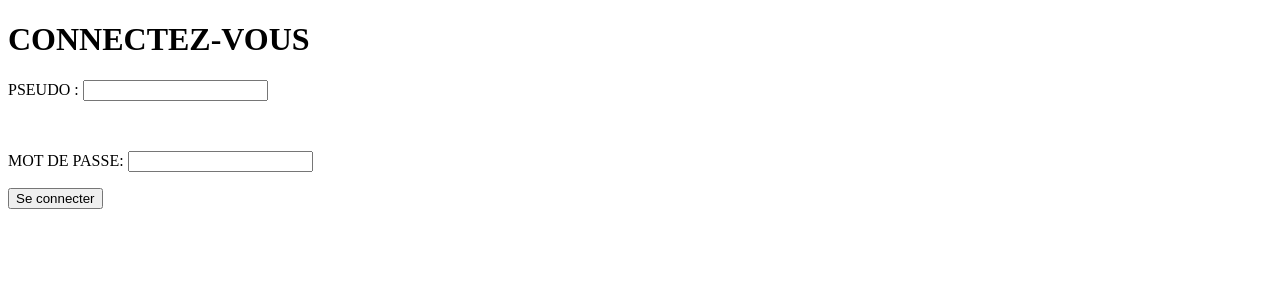
Repository: Aoua1414/JavaDeAoua
Page: http://localhost/MonServletJsp/Login.jsp
The author's editor kept a copy of each file at every save. The page is drawn from the files as they stood at one save, then again after the next save.
The browser window is 1280 px wide. The pictures show the whole page.
The page is served by Tomcat 9. Nobody is signed in. The application's start-up code is not run.

Above is the page before, as saved 2022-07-25 14:24:23.

After the next save:
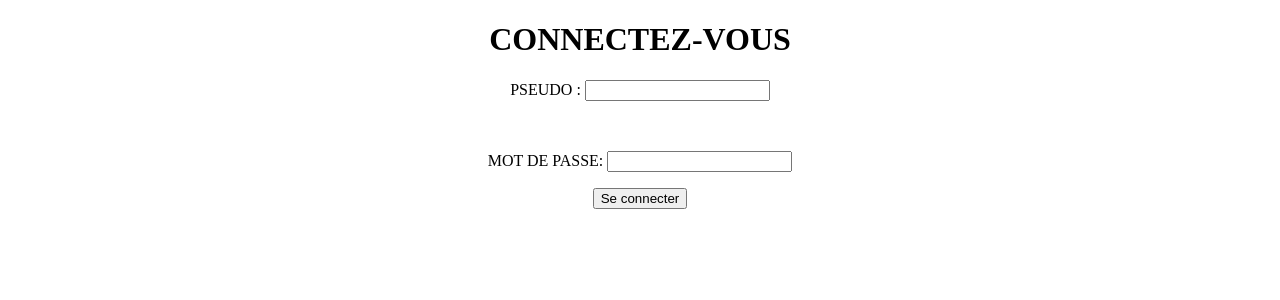
Saved 11 s later.
--- a/ODC/MonServletJsp/src/main/webapp/Login.jsp
+++ b/ODC/MonServletJsp/src/main/webapp/Login.jsp
@@ -3,6 +3,7 @@
 <!DOCTYPE html>
 <html>
 <head>
+<link rel="stylesheet" href="aoua.css" type="text/css">
 <meta charset="UTF-8">
 <title>Login</title>
 </head>
